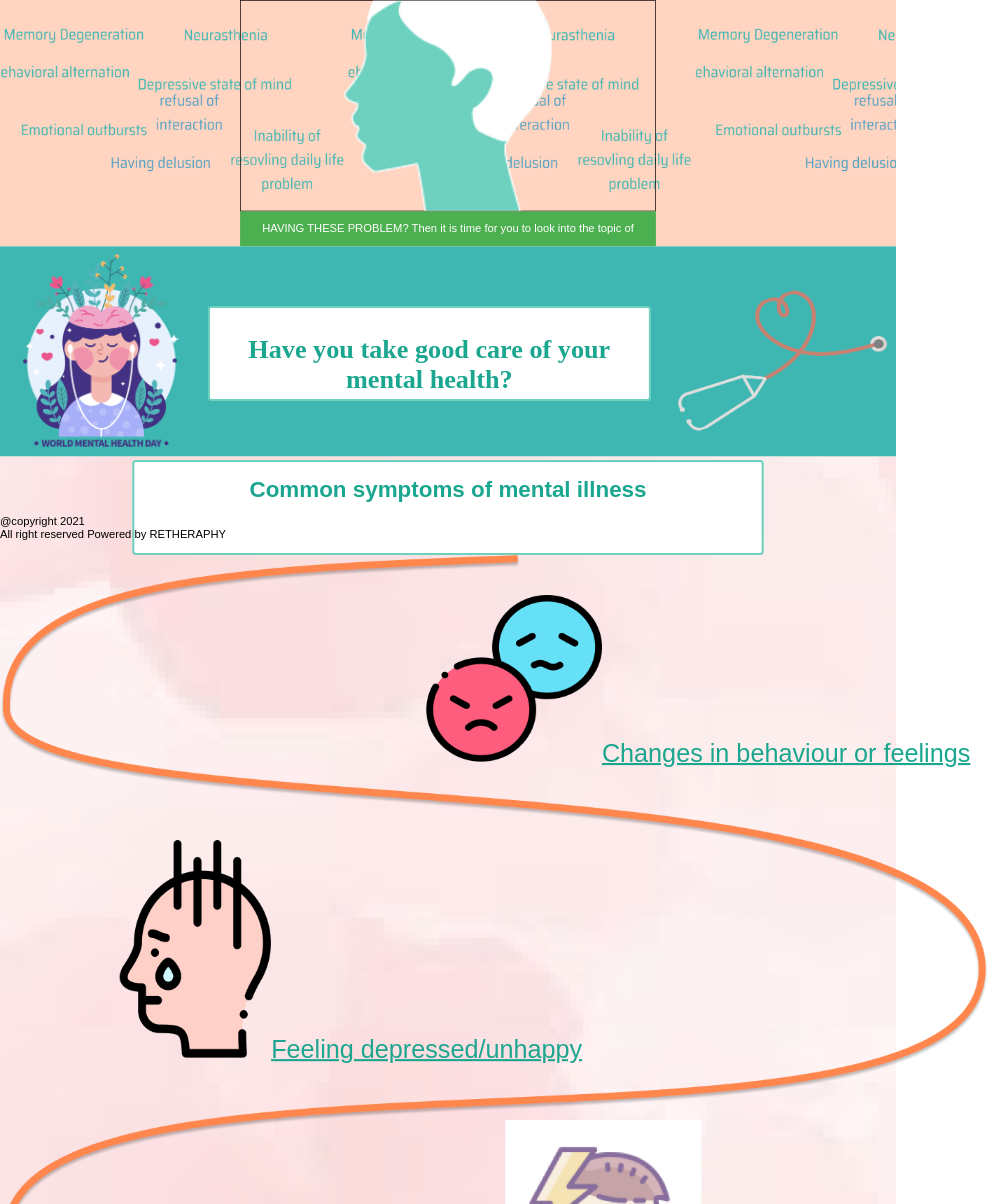
Repository: zzs1/2109-Dynamic-Content-Project
Page: index.html
The author's editor kept a copy of each file at every save. The page is drawn from the files as they stood at one save, then again after the next save.
The browser window is 1280 px wide. The page is 1412 px wide, so the pictures cover 1412 px, including what lies to the right of the window. The pictures show the part of the page from y = 0 to 1720 px (the page is 8367 px tall before and 8286 px after), at 70% of full size.
Some web fonts or font styles are not loaded; a fallback is used.

Above is the page before, as saved 2021-03-09 12:38:44.

After the next save:
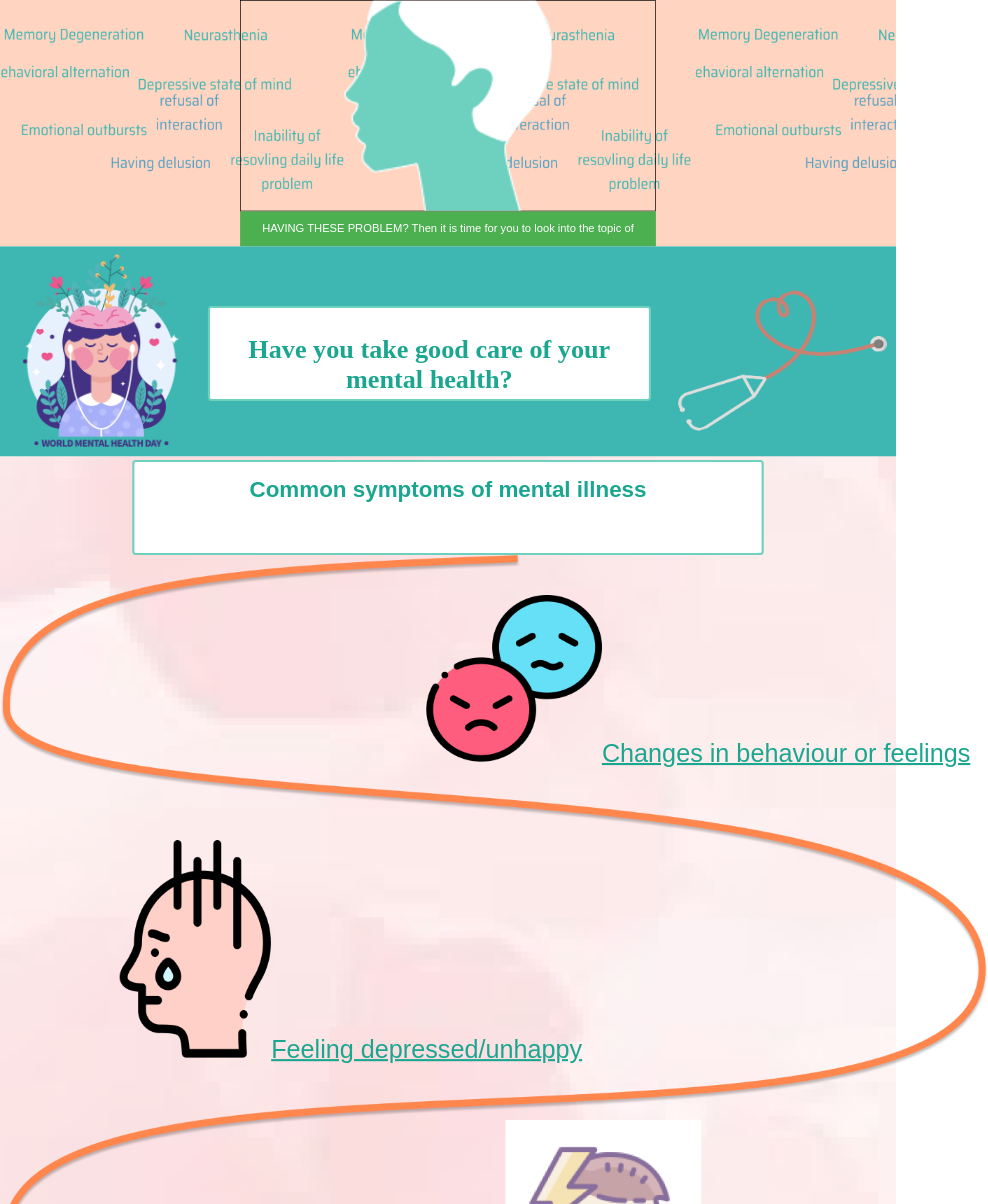
Saved 6 s later.
--- a/index.html
+++ b/index.html
@@ -162,7 +162,7 @@
         <div  id="bottom">
         <div id="right">
             <p id="content">
-            For quick mental testing for yourself and learn more about mental illness, download RETHERAPHY from  </div>
+            For quick mental testing for yourself and learn more about mental illness, download RETHERAPHY from  </p>
             <div id="logo"><a href="https://play.google.com/store"><img  src=../joyce_code/pic/google.png alt="appstore" width=150 height=70></img></a><br>
                 <a href="https://www.apple.com/ca/app-store/"><img  src=../joyce_code/pic/apple.png alt="appstore"  width=150 height=70></img></a>
             </div>
